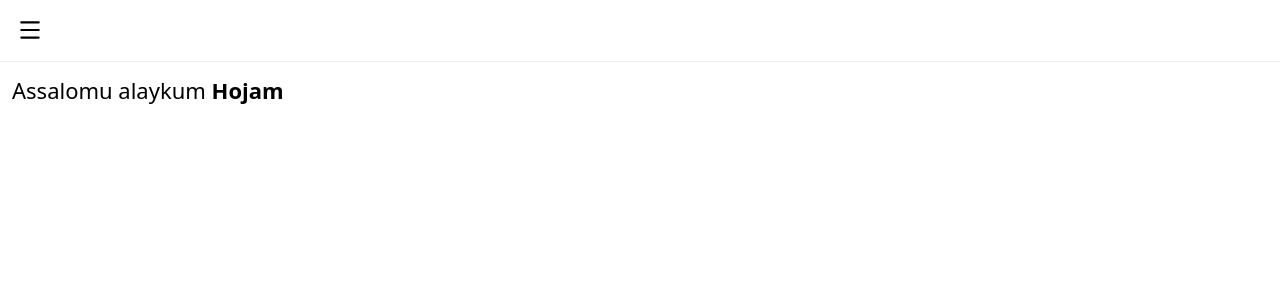
Repository: zaynobiddinovofficel-debug/KotibaAI
Page: / (app in web/)
An editor plug-in stored every save of this project. The page is shown before and after a run of saves, followed by the edit.
The browser window is 1280 px wide. The pictures show the whole page.
Some web fonts or font styles are not loaded; a fallback is used. The project was rebuilt for these pictures with package versions that can differ from the ones it lists, and the page was loaded fresh each time. Also part of the build but not shown: web/vite.config.js.

Above is the page before, as saved 2026-03-25 20:10:37.

After the next 2 saves:
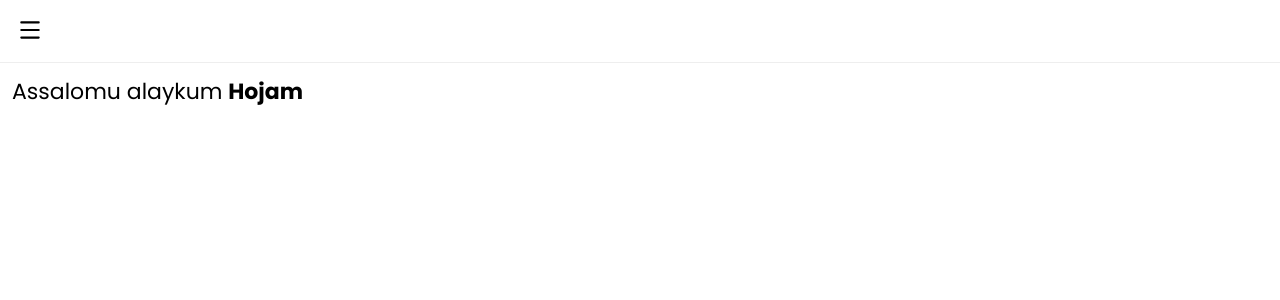
The 2 saves are shown as one change because they came seconds apart.
The last was saved 8 s later.
--- a/web/index.html
+++ b/web/index.html
@@ -9,7 +9,7 @@
     <link rel="preconnect" href="https://fonts.gstatic.com" crossorigin>
     <link href="https://fonts.googleapis.com/css2?family=Barlow+Semi+Condensed:ital,wght@0,100;0,200;0,300;0,400;0,500;0,600;0,700;0,800;0,900;1,100;1,200;1,300;1,400;1,500;1,600;1,700;1,800;1,900&family=Big+Shoulders:opsz,wght@10..72,100..900&family=Chewy&family=Inter:ital,opsz,wght@0,14..32,100..900;1,14..32,100..900&family=Lexend+Deca:wght@100..900&family=Poppins:ital,wght@0,100;0,200;0,300;0,400;0,500;0,600;0,700;0,800;0,900;1,100;1,200;1,300;1,400;1,500;1,600;1,700;1,800;1,900&family=Roboto+Condensed:ital,wght@0,100..900;1,100..900&display=swap" rel="stylesheet">
   </head>
-  <body class="">
+  <body class="font-[Poppins]">
     <div id="root"></div>
     <script type="module" src="/src/main.jsx"></script>
   </body>
